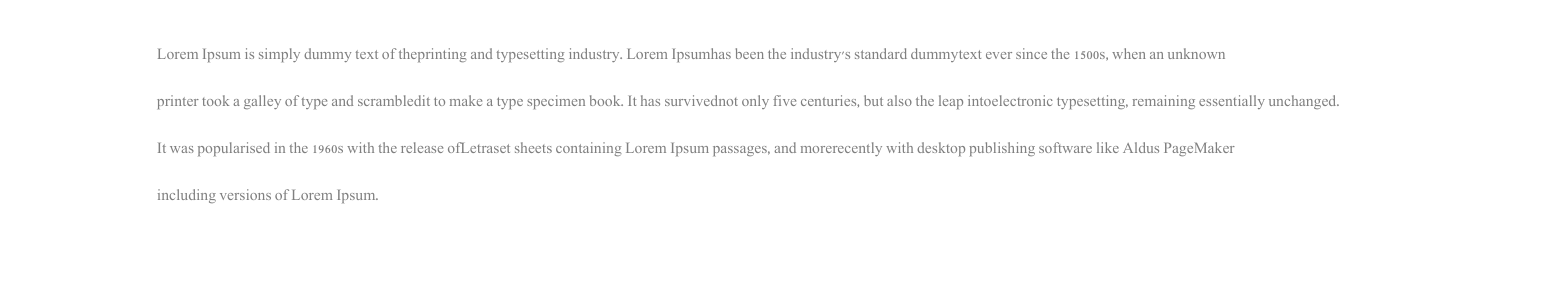
Repository: eg7eg7/Text-Play
Page: /
These files come from the project's save history. The page is drawn as it stood at one moment and after the next save; the edit follows.
The browser window is 1280 px wide. The page is 1600 px wide, then 1280 px, so the pictures cover 1600 px, including what lies to the right of the window. The pictures show the whole page, at 98% of full size.
The project was rebuilt for these pictures with package versions that can differ from the ones it lists, and the page was loaded fresh each time.

Above is the page before, as saved 2021-01-11 23:25:02.

After the next save:
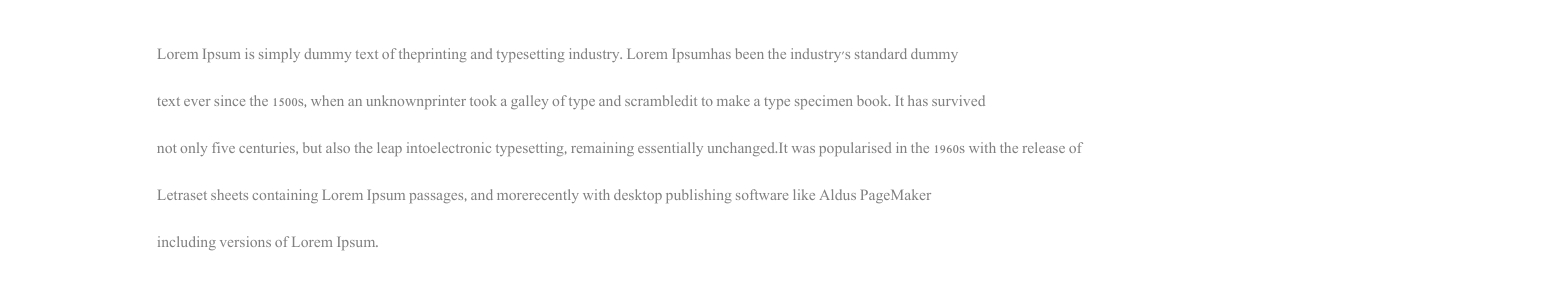
Saved 22 s later.
--- a/src/TextPlay.css
+++ b/src/TextPlay.css
@@ -21,7 +21,7 @@ div.textBlock {
     margin-bottom: 5em;
     margin-left: 10em;
     text-align: justify;
-    width:100%;
+    /* width:100%; */
     display:inline-block;
     margin-right: 10em;
 }
